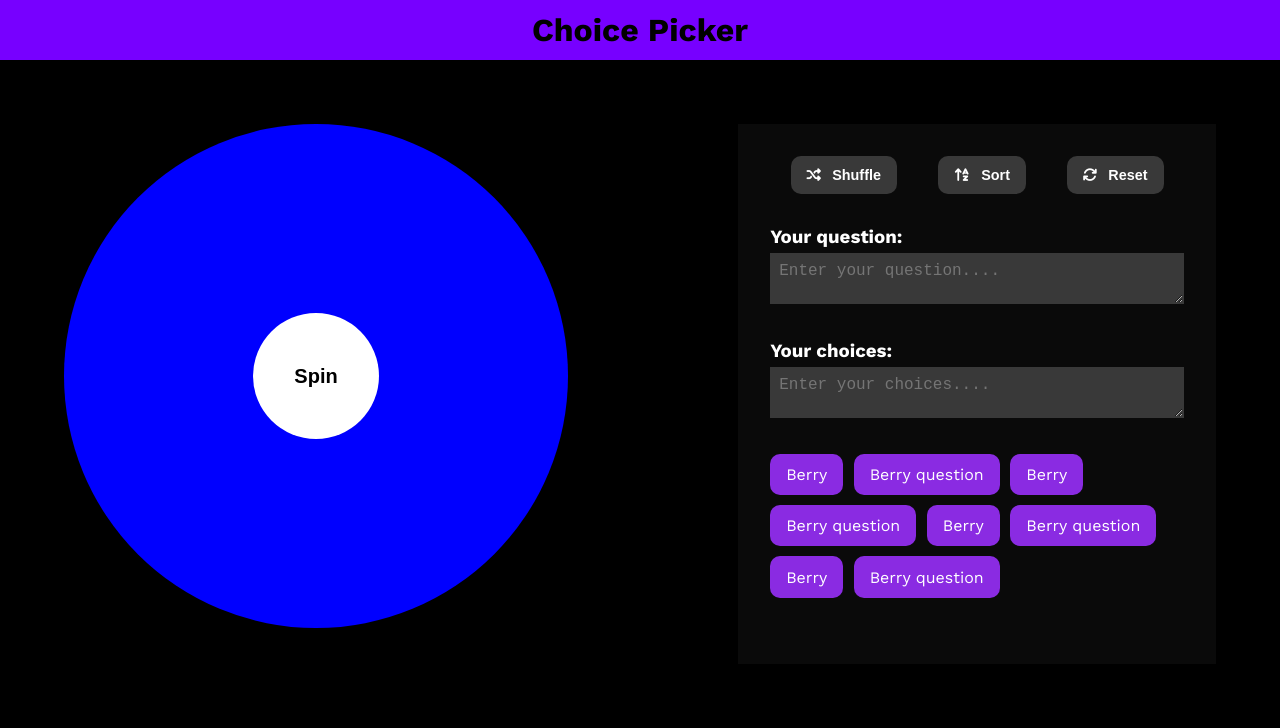
Repository: emiliaiwu/choice_wheel_spinner
Page: index.html
These files come from the project's save history. The page is drawn as it stood at one moment and after the next save; the edit follows.
The browser window is 1280 px wide. The pictures show the whole page.
Some web libraries are served in a nearby version.

Above is the page before, as saved 2023-01-10 00:58:43.

After the next save:
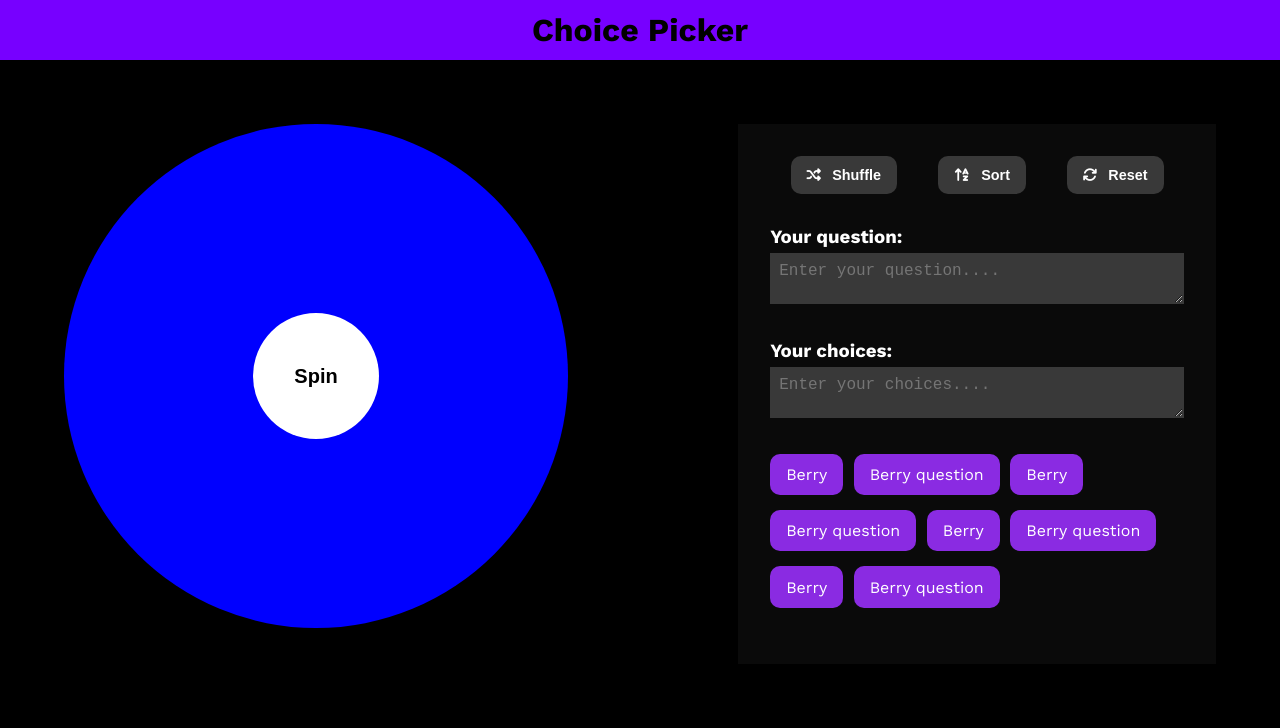
Saved 74 s later.
--- a/style.css
+++ b/style.css
@@ -142,7 +142,7 @@ textarea {
     padding: .7rem 1rem;
     background-color: blueviolet;
     border-radius: 10px;
-    margin: 0 5px 10px 0px;
+    margin: 0 5px 15px 0px;
 }
 
 
